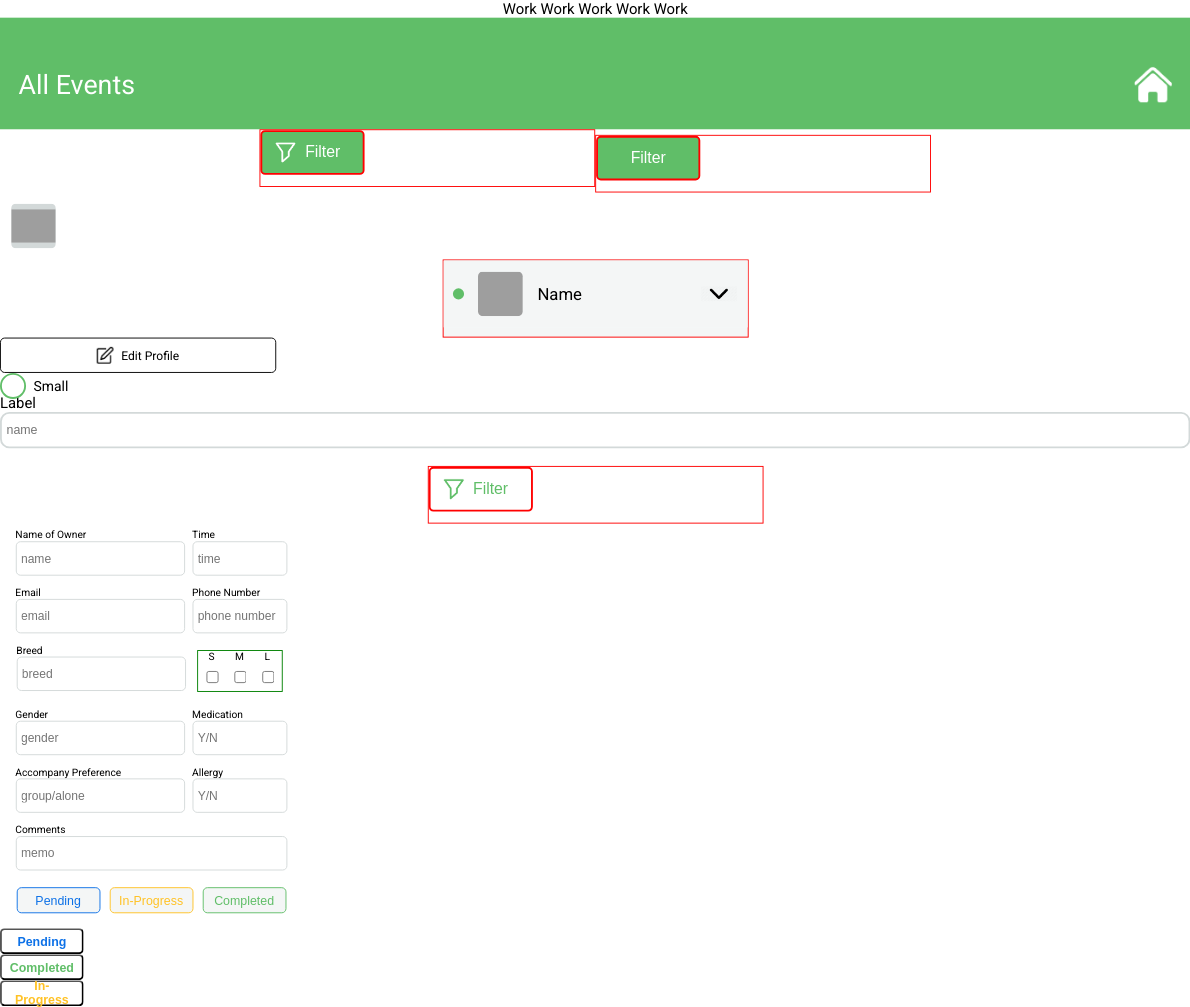
Repository: tanishap11/MDIA3109-Midterm
Page: / (app in midterm/)
An editor plug-in stored every save of this project. The page is shown before and after the next save, followed by the edit.
The browser window is 1280 px wide. The pictures show the whole page, at 93% of full size.
Pictures or frames that could not be fetched are drawn as grey boxes. The project was rebuilt for these pictures with package versions that can differ from the ones it lists, and the page was loaded fresh each time. Also part of the build but not shown: midterm/src/comps/Avatar/index.js, midterm/src/comps/Dot/index.js, midterm/src/comps/ProgressBut/Pending/index.js, midterm/src/comps/ProgressBut/InProgress/index.js, midterm/src/comps/ProgressBut/Completed/index.js, midterm/src/comps/ProgressBut/Test/Pen/index.js, midterm/src/comps/ProgressBut/Test/Prog/index.js, midterm/src/comps/ProgressBut/Test/Com/index.js and 1 more.

Above is the page before, as saved 2021-02-05 16:16:11.

### midterm/src/App.js
import './App.scss';
import Main from 'pages/main';

function App() {
  return (
    <div className="App">
      Work Work Work Work Work
      <Main />
    </div>
  );
}

export default App;

### midterm/src/App.scss
.App {
  text-align: center;
  font-family: 'roboto';
}

### midterm/src/pages/main/index.js
import React, { useState, useEffect } from 'react';
import Upload from 'comps/Upload';
import Avatar from 'comps/Avatar';
import Dot from 'comps/Dot';
import Pro_box from 'comps/Pro_box';
import Oliver from '../../image/oliver.jpeg';
import Spotty from '../../image/spotty.png';
import {Pending, Progress, Completed} from 'comps/Dot';
import EditBtn from 'comps/EditButton';
import Banner from 'comps/Banner';
import FliterCheck from 'comps/FliterCheck';
import FilterButton from 'comps/FilterButton';
import ActiveFilterImage from '../../image/filter-active.png';

import Input from 'comps/Input';
import PendingButton from 'comps/ProgressBut/Pending';
import ProgressButton from 'comps/ProgressBut/InProgress';
import CompletedButton from 'comps/ProgressBut/Completed';
import LandingPage from 'comps/ProgressBut/Test/Pen';
import YellowBut from 'comps/ProgressBut/Test/Prog';
import GreenBut from 'comps/ProgressBut/Test/Com';
import BlueBut from 'comps/ProgressBut/Test/Pend';
import Input_box from 'comps/inputBox';

import StatusButton from 'comps/StatusButton';

require('typeface-roboto');


const Main = () => {

  const [clickedButton, setClickedButton] = useState(null);

  const ButtonColorSelect = (name) =>{
    setClickedButton(name);
  }

  return <div className="main">
    <Banner />
    <FilterButton />
    <FilterButton name="Add" display="none" img=""/>
      <Upload />
      <Pro_box />
      <EditBtn />
      <FliterCheck />
      <Input /> <br/>
      <FilterButton bgcolor="white" border="2px solid #60BE68" color="#60BE68" img={ActiveFilterImage}/>
      <Input_box />
      <StatusButton
        name = "pending"
        text = "Pending"
        bgcolor = {clickedButton === "pending" ? "#0D71E7" : "white"}
        color = {clickedButton === "pending" ? "white" : "#0D71E7"}
        onButtonSelect={ButtonColorSelect}
      />
      <StatusButton
        name = "completed"
        text = "Completed"
        bgcolor = {clickedButton === "completed" ? "#60BE68" : "white"}
        color = {clickedButton === "completed" ? "white" : "#60BE68"}
        onButtonSelect={ButtonColorSelect}
      />
      <StatusButton
        name = "inprogress"
        text = "In-Progress"
        bgcolor = {clickedButton === "inprogress" ? "#FFC225" : "white"}
        color = {clickedButton === "inprogress" ? "white" : "#FFC225"}
        onButtonSelect={ButtonColorSelect}
      />

  </div>

}

export default Main;

### midterm/src/comps/Upload/index.js
import React from 'react';
import styled from 'styled-components';
import UploadImage from '../../image/upload.png';

const Container = styled.div`
min-width: ${props=>props.width ? props.width : "48px"};
min-height: ${props=>props.height ? props.height : "48px"};
max-width: ${props=>props.width ? props.width : "48px"};
max-height: ${props=>props.height ? props.height : "48px"};
// display: flex;
// flex-direction: column;
// justify-cotent: center;
align-items: center;
background-image: url(${props=>props.img ? props.img : UploadImage});
background-size: contain;
background-repeat: no-repeat;
background-position: center;
background-color: #D3D9D9;
border-radius: 5px;
margin: 12px;
`;

const Upload = ({width, height, img}) => {
    return <Container width={width} height={height} img={img}>

    </Container>
};

Upload.defaultProps = {
    width: null,
    height: null,
    img: null,
}

export default Upload;

### midterm/src/comps/EditButton/index.js
import React from 'react';
import styled from 'styled-components';
import Edit from '../../image/edit.png';


const Container = styled.div`
min-width: ${props=>props.width ? props.width : "295px"};
min-height: ${props=>props.height ? props.height : "36px"};
max-width: ${props=>props.width ? props.width : "295px"};
max-height: ${props=>props.height ? props.height : "36px"};
background-color: "#ffffff";
border-radius:5px;
border:black solid 1px;
display:flex;
justify-content:center;
align-items:center;
font-size:13px;

`;

const EditIcon = styled.div`
    min-width: ${props=>props.width ? props.width : "18px"};
    min-height: ${props=>props.height ? props.height : "18px"};
    max-width: ${props=>props.width ? props.width : "18px"};
    max-height: ${props=>props.height ? props.height : "18px"};
    background-image: url(${Edit});
    background-size: cover;
    background-repeat: no-repeat;
    background-position: center;
    margin-right:8px;
`;

const textBox = styled.div``;

const EditBtn = ({width, height, bgcolor, img, text}) => {
    return <Container width={width} height={height} bgcolor={bgcolor}>
        <EditIcon />
        <textBox>{text}</textBox>
    </Container>
};

EditBtn.defaultProps = {
    width: null,
    height: null,
    bgcolor: "#ffffff",
    img: null,
    text: "Edit Profile"
}

export default EditBtn;

### midterm/src/comps/Banner/index.js
import React from 'react';
import styled from 'styled-components';
import Home from '../../image/home.png';

const Container = styled.div`
min-width: ${props=>props.width ? props.width : "50%"};
min-height: ${props=>props.height ? props.height : "96px"};
max-width: ${props=>props.width ? props.width : "100vw"};
max-height: ${props=>props.height ? props.height : "auto"};
display: flex;
justify-content:space-between;
align-items: center;
color:${props=>props.bgcolor ? props.bgcolor : "#ffffff"};
background-color: ${props=>props.bgcolor ? props.bgcolor : "#60BE68"};
font-size: 1.8em;
padding:24px 20px 0px 20px;
`;

const HomeIcon = styled.div`
min-width: ${props=>props.width ? props.width : "40px"};
min-height: ${props=>props.height ? props.height : "38px"};
max-width: ${props=>props.width ? props.width : "40px"};
max-height: ${props=>props.height ? props.height : "38px"};
background-image: url(${Home});
background-size: cover;
background-repeat: no-repeat;
background-position: center;
`;

const Banner = ({width, height,color, bgcolor, text}) => {
    return <Container color={color} bgcolor={bgcolor} width={width} height={height}>
        {text}
        <HomeIcon />
    </Container>
};

Banner.defaultProps = {
    width: null,
    height: null,
    color:null,
    bgcolor: null,
    text: "All Events"
}

export default Banner;

### midterm/src/comps/FliterCheck/index.js
import React, {useState, useEffect} from 'react';
import styled from 'styled-components';
import Check from '../../image/check.png';

const Container = styled.div`
    display:flex;
    flex-direction: column;
    position:relative;
`;
const Clickable = styled.div`
    display: inline-flex;
    flex-direction: flex-start;
    cursor: pointer;
    transition:background-color 0.5s;
    &:hover {
        background-color:#DDD;
    }
`;
const RoundCont = styled.div`
    display: flex;
    justify-content:center;
    align-items: center;
    min-width: ${props=>props.width ? props.width : "24px"};
    min-height: ${props=>props.height ? props.height : "24px"};
    max-width: ${props=>props.width ? props.width : "24px"};
    max-height: ${props=>props.height ? props.height : "24px"};
    border: 2px solid #60BE68;
    border-radius:100%;
    position: absolute;
    background: ${props=>props.clicked ? "#60BE68" : "none"};
`;

const ClickedBox = styled.div`
    display: flex;
    justify-content:center;
    align-items: center;
    min-width: ${props=>props.width ? props.width : "24px"};
    min-height: ${props=>props.height ? props.height : "24px"};
    max-width: ${props=>props.width ? props.width : "24px"};
    max-height: ${props=>props.height ? props.height : "24px"};
    display:${props=>props.clicked ? "flex" : "hidden"};
    height:${props=>props.clicked ? "auto" : "0"};
    opacity:${props=>props.clicked ? 1 : 0};
    background-color:${props=>props.clicked ? "#60BE68" : "none"};
    background-image: url(${Check});
    background-size: fit;
    background-repeat: no-repeat;
    background-position: center;
    border: 2px solid #60BE68;
    border-radius:100%;
    position: absolute;
    z-index:1;
`;

const FilterName = styled.div`
    margin-top:5px;
    margin-left:36px;
    font-size: 15px;
`;


const FilterCheck = ({click, onBoxSelect, width, height,color, bgcolor, text}) => {
    const [clicked, setClicked] = useState(false);
    useEffect(()=>{
        setClicked(click);
    },[click])

    return <Container color={color} bgcolor={bgcolor} width={width} height={height}>
        <Clickable onClick={()=>{
                setClicked(!clicked);
            }}>
            <RoundCont onClick={()=>{
                setClicked(!clicked);
            }}></RoundCont>
            <FilterName> {text} </FilterName>
        </Clickable>

        <ClickedBox clicked={clicked}>

        </ClickedBox>
    </Container>
};

FilterCheck.defaultProps = {
    width: null,
    height: null,
    color:null,
    bgcolor: null,
    text: "Small",
    click:false,
}

export default FilterCheck;

### midterm/src/comps/FilterButton/index.js
import React, { useState, useEffect } from 'react';
import styled from 'styled-components';
import FilterImage from '../../image/filter.png';
import FilterBox from 'comps/FilterBox';


const ButtonCnt = styled.div`
    display:inline-flex;
    flex-direction:column;
    border: solid 1px red;
`;
const Filterbtn = styled.button`
    min-width: ${props=>props.width ? props.width : "112px"};
    min-height: ${props=>props.height ? props.height : "48px"};
    max-width: ${props=>props.width ? props.width : "112px"};
    max-height: ${props=>props.height ? props.height : "48px"};
    // border: ${props=>props.border ? props.border : "0px solid white"};
    border:2px solid red;
    display: flex;
    justify-content: center;
    align-items: center;
    background-color:${props=>props.bgcolor ? props.bgcolor : "#60BE68"};
    border-radius: 5px;
    color: ${props=>props.color ? props.color : "white"};
    font-size: 17px;
    font-weight:500;
    cursor: pointer;
    margin-bottom:12px;
`;

const FilterImg = styled.img`
    display: ${props=>props.display ? props.display : "block"};
    position: relative;
    left: -10px;
    width: 22px;
    height: 22px;
`;

const Expand = styled.div`
    background: #FFFFFF;
    box-sizing: border-box;
    box-shadow: 5px 0px 18px rgba(0, 0, 0, 0.08);
    display:${props=>props.expanded ? "inline-flex" : "hidden" };
    height:${props=>props.expanded ? "auto" : "0px" };
    font-size:${props=>props.expanded ? "18px" : "0px" };
    opacity:${props=>props.expanded ? 1 : 0 };
    transition:opacity 0.5s;
    flex-direction:column;
    justify-content: center;
    align-items:center;
    margin-top:12x;
    background-color:#F4F6F6;
`;

const FilterButton = ({width, height, border, bgcolor, color, img, display, expand}) => {

    const [expanded, setExpanded] = useState(false);

    useEffect(()=>{
        setExpanded(expand);
    },[expand])

    return <ButtonCnt width={width} height={height}>
            <Filterbtn onClick={()=> (
            setExpanded(!expanded)
        )} width={width} height={height} border={border} bgcolor={bgcolor} color={color}>
                <FilterImg src={img} display={display}/>
                <div>Filter</div>
            </Filterbtn>


            <Expand expanded={expanded}>
                {/* <Container> */}
                    <FilterBox />
                {/* </Container> */}
            </Expand>
    </ButtonCnt>
};



FilterButton.defaultProps = {
    width: null,
    height: null,
    border: null,
    bgcolor: null,
    color: null,
    img: FilterImage,
    name:"Filters",
    display:null
}

export default FilterButton;

### midterm/src/comps/Input/index.js
import React, {useState, useEffect} from 'react';
import styled from 'styled-components';

const Container = styled.div`
display:flex;
text-align:left;
flex-direction:column;
max-width:
`;

const InputBox = styled.input`
min-height:25px;
border-radius: 10px;
border: 2px solid #D3D9D9;
padding:5px;
`;



const Input = ({ title, name, width, height, bgcolor, onInputComplete, onContainerSelect }) => {

    const [username, setUsername] = useState("");




    return <Container OnClick={()=>{
        onContainerSelect(name);
    }} >
        <div className="title">{title}</div>
            <InputBox type='text' placeholder='name' onChange={(e)=>{
                setUsername(e.target.value);
            }}>{}</InputBox>

    </Container>
}

Input.defaultProps = {
    width: null,
    height: null,
    bgcolor: null,
    onInputComplete: () => {},
    onContainerSelect: () => {},
    title:'Label',
}

export default Input;








// const Container = styled.div`
// min-width:${props=>props.width ? props.width : "300px"};
// min-height:${props=>props.height ? props.height : "100px"};
// max-width:${props=>props.width ? props.width : "50%}"};
// max-height:${props=>props.height ? props.height : "300px"};
// padding:10px;
// display: flex;
// flex-direction:column;
// ${props => props.bgcolor && "background-color:"+props.bgcolor+";"}
// & > span {
//     margin:5px;
// }

// `;

// const InputBox = styled.input`
// min-height:25px;
// padding:5px;
// `;

// const Input = ({name}) =>{
//     return <Container>
//         <InputBox>
//             <div>{name}</div>
//         </InputBox>

//     </Container>
// }

// Input.defaultProps = {
//     name:'Comments',
// }

// export default Input;

### midterm/src/comps/StatusButton/index.js
import React, { useState, useEffect }from 'react';
import styled from 'styled-components';

const Container = styled.button`
min-width: 90px;
min-height: 28px;
max-width: 90px;
max-height: 28px;
border: "";
display: flex;
justify-content: center;
align-items: center;
${props=>props.bgcolor && "background-color:"+props.bgcolor+";"}
border-radius: 5px;
${props=>props.color && "color:"+props.color+";"}
cursor: pointer;
`;



const StatusButton = ({name, color, bgcolor, text, onButtonSelect}) => {

    useEffect(()=>{
        //alert("changed bg color");
    }, [bgcolor]);

    useEffect(()=>{
        //alert("changed bg color");
    }, [color]);

    return <Container onClick={()=>{
        onButtonSelect(name);
    }}bgcolor={bgcolor} color={color}>
        <h4>{text}</h4>
    </Container>
};

StatusButton.defaultProps = {
    bgcolor: null,
    text: null,
    color: null,
    onButtonSelect:()=>{}
}

export default StatusButton;

### midterm/src/comps/FilterBox/index.js
import React, { useState, useEffect } from 'react';
import styled from 'styled-components';
import FilterCheck from 'comps/FliterCheck';
// import ExitButton from '../../image/exit.png';

const FilterBtnBox = styled.div`
    width: 345px;
    height:auto;
    display:flex;
    flex-direction:column;
    // justify-content:center;
    // align-items:center;
    border: solid 1px red;
    background-color:${props=>props.bgcolor ? props.bgcolor : "white"};
    border-radius: 5px;
    color: ${props=>props.color ? props.color : "#141414"};
    font-size: 17px;
    cursor: pointer;
    padding: 6px;
`;

const InputRow = styled.div`
    display:flex;
    flex-direction:column;
    align-items:flex-start;
    &:div{
        display:inline-flex;
        flex-direction:row !important;
        align-items:flex-start;
        margin:6px 4px;
    }
    &>span {
        font-size:22px;
        margin-bottom:10px;
    }
`;

const InputLabel = styled.label`
    font-size: 20px;
    margin:6px 0px;

`
const FilterCheckbox = styled.input.attrs({type:'checkbox'})``;

const FilterBox = ({expand, onMenuExpand, width, height, name, bgcolor, text}) => {
    const [check1, setCheck1] = useState(false);
    const [check2, setCheck2] = useState(false);
    const [check3, setCheck3] = useState(false);

    useEffect(()=>{
        //this is Change
        setCheck1(check3);
        setCheck2(check3);
    }, [check3])

    return <FilterBtnBox width={width} height={height}>

        {/* <ExitButton /> */}
        <InputRow>
            <span>Filters</span>
        </InputRow>
        <InputRow>
        </InputRow>
        <InputRow>
            <InputLabel for="size" >Size</InputLabel>
            <div>
            <span>
                <FilterCheckbox onChange={(e)=>{
                    setCheck3(e.target.checked);
                }} checked={check1} /> S
            </span>
            <span>
                <FilterCheckbox onChange={(e)=>{
                    setCheck3(e.target.checked);
                }} checked={check2} /> M
               </span>
            <span>
                <FilterCheckbox onChange={(e)=>{
                    setCheck3(e.target.checked);
                }} checked={check3} /> L
            </span>
            </div>
        </InputRow>

    </FilterBtnBox>
};

FilterBox.defaultProps = {
    width: null,
    height: null,
    text:"label",
    bgcolor:null,
    bdcolor:null,
    ftcolor:"#FFC225"
}

export default FilterBox;

Loaded but not shown: midterm/public/index.html (common file); midterm/src/index.js (common file); midterm/src/index.css (common file); midterm/src/reportWebVitals.js (common file); midterm/src/comps/inputBox/index.js (179 lines, source omitted); midterm/src/comps/Pro_box/index.js (177 lines, source omitted)

After the next save:
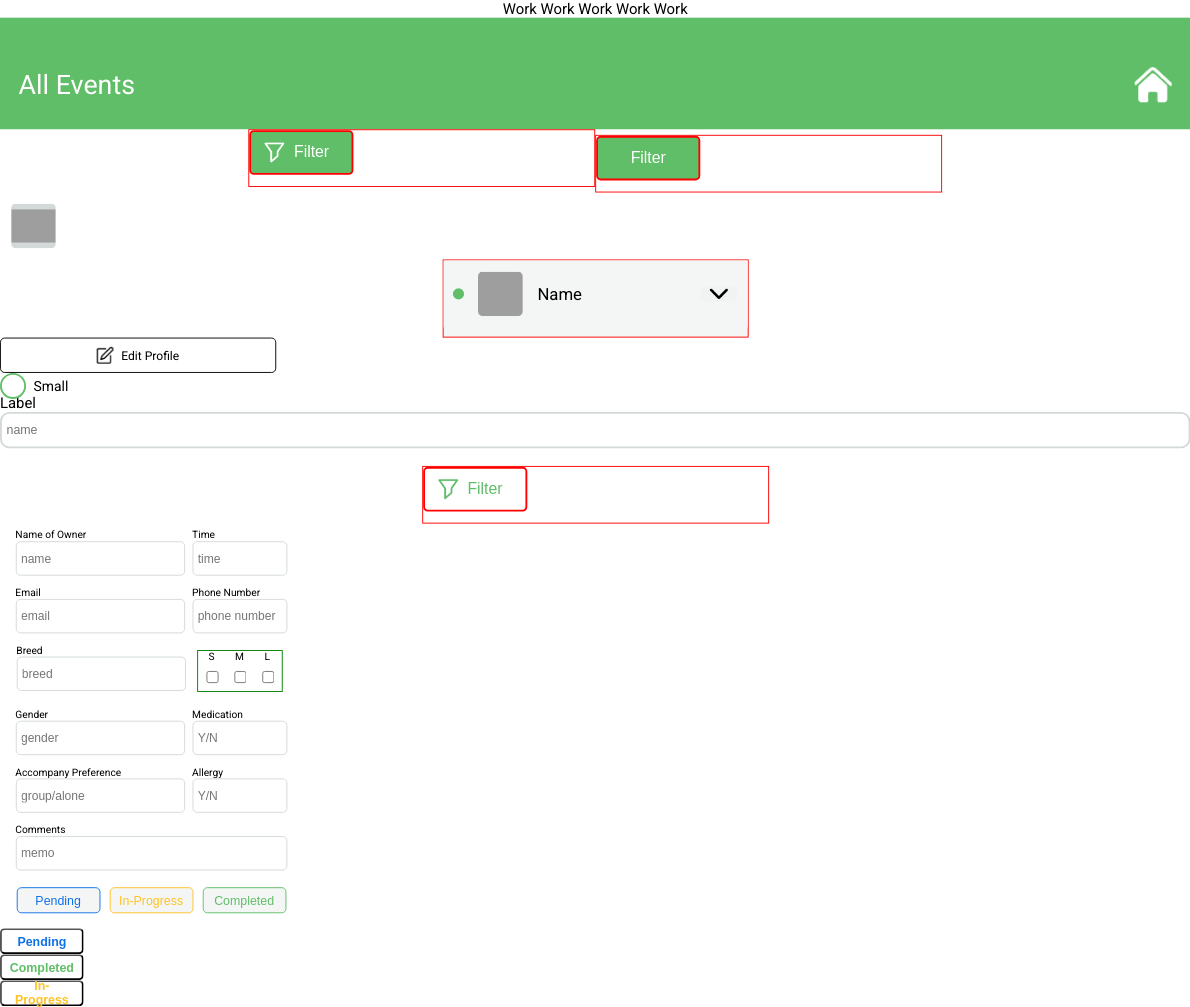
Saved 5 s later.
--- a/midterm/src/comps/FilterBox/index.js
+++ b/midterm/src/comps/FilterBox/index.js
@@ -16,7 +16,7 @@ const FilterBtnBox = styled.div`
     color: ${props=>props.color ? props.color : "#141414"};
     font-size: 17px;
     cursor: pointer;
-    padding: 6px;
+    padding: 12px;
 `;
 
 const InputRow = styled.div`

After the save that followed:
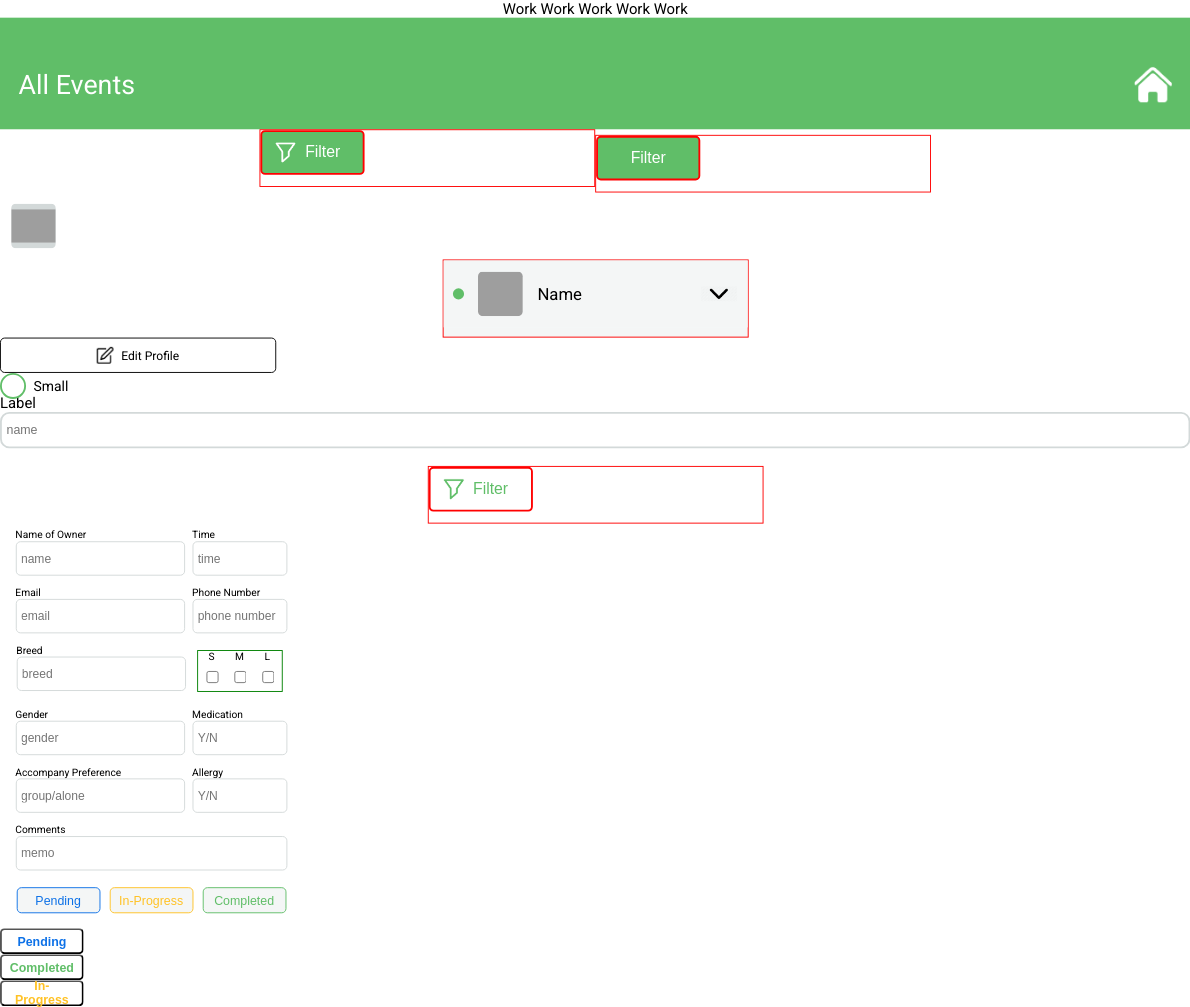
Saved 11 s later.
--- a/midterm/src/comps/FilterBox/index.js
+++ b/midterm/src/comps/FilterBox/index.js
@@ -4,7 +4,7 @@ import FilterCheck from 'comps/FliterCheck';
 // import ExitButton from '../../image/exit.png';
 
 const FilterBtnBox = styled.div`
-    width: 345px;
+    width: 333px;
     height:auto;
     display:flex;
     flex-direction:column;
